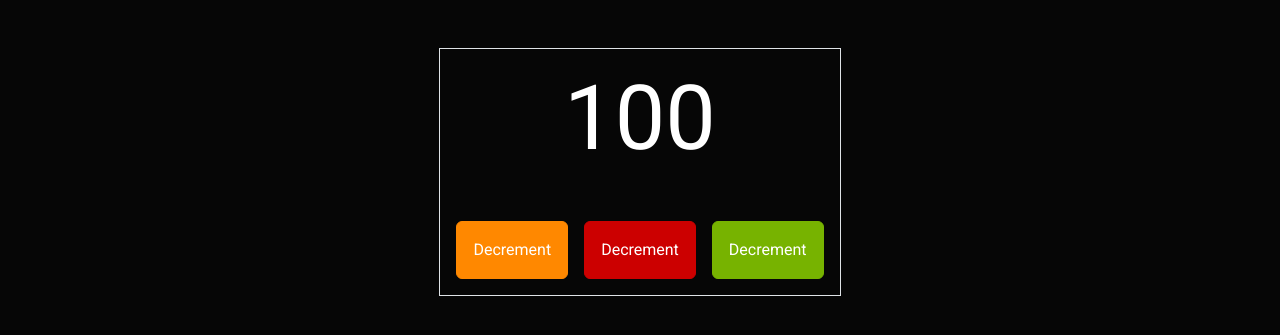
Repository: Afraz13/Emoboo
Page: /
These files come from the project's save history. The page is drawn as it stood at one moment and after the next save; the edit follows.
The browser window is 1280 px wide. The pictures show the whole page.
The project was rebuilt for these pictures with package versions that can differ from the ones it lists, and the page was loaded fresh each time.

Above is the page before, as saved 2024-08-15 12:39:58.

After the next save:
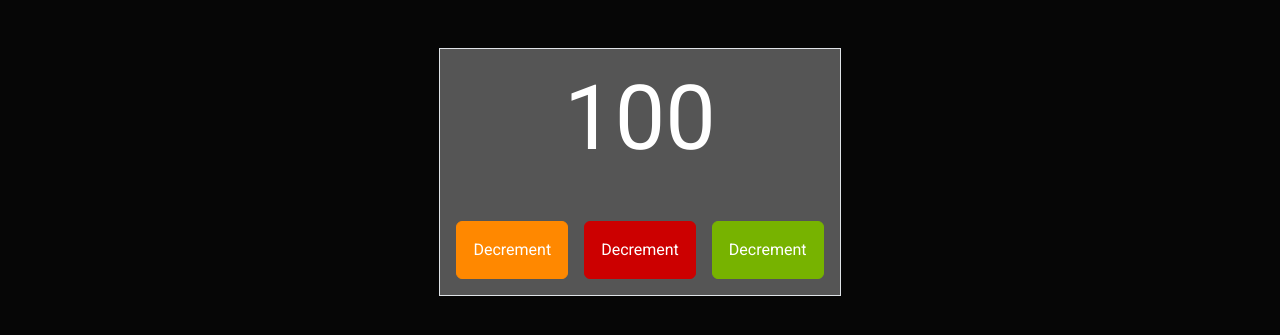
Saved 4 s later.
--- a/src/compontent/Counter.jsx
+++ b/src/compontent/Counter.jsx
@@ -3,7 +3,7 @@ import React from 'react'
 function Counter() {
   return (
     <div className='d-flex justify-content-center align-items-center w-100  flex-column mt-5  '>
-        <div className='border p-3 bg-se '>
+        <div className='border p-3 bg-secondary '>
         <h1 style={{fontSize:'90px'}}>100</h1>
         <div className='mt-5'>
             <button className='btn btn-warning p-3'>Decrement</button>
